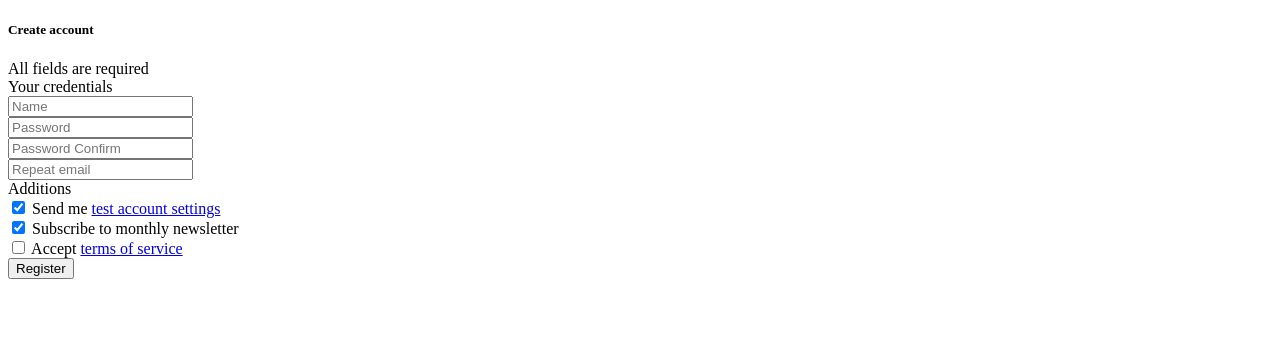
Repository: dionannd/laravel-inventory
Page: http://localhost/register
An editor plug-in stored every save of this project. The page is shown before and after a run of saves, followed by the edit.
The browser window is 1280 px wide. The pictures show the whole page.
The page is served by the project's Laravel application, run on PHP 8.4 with Laravel 8.

Above is the page before, as saved 2019-08-02 19:36:06.

After the next 2 saves:
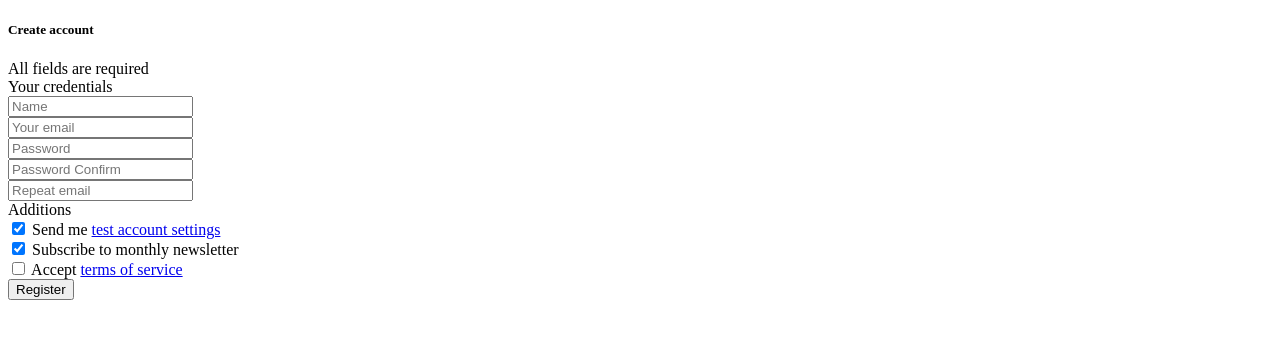
The 2 saves are shown as one change because they came seconds apart.
The last was saved 8 s later.
--- a/resources/views/auth/register.blade.php
+++ b/resources/views/auth/register.blade.php
@@ -26,6 +26,13 @@
                     <input type="text" class="form-control" placeholder="Name">
                     <div class="form-control-feedback">
                         <i class="icon-user-check text-muted"></i>
+                    </div>
+                </div>
+
+                <div class="form-group form-group-feedback form-group-feedback-left">
+                    <input type="password" class="form-control" placeholder="Your email">
+                    <div class="form-control-feedback">
+                        <i class="icon-mention text-muted"></i>
                     </div>
                 </div>
 
